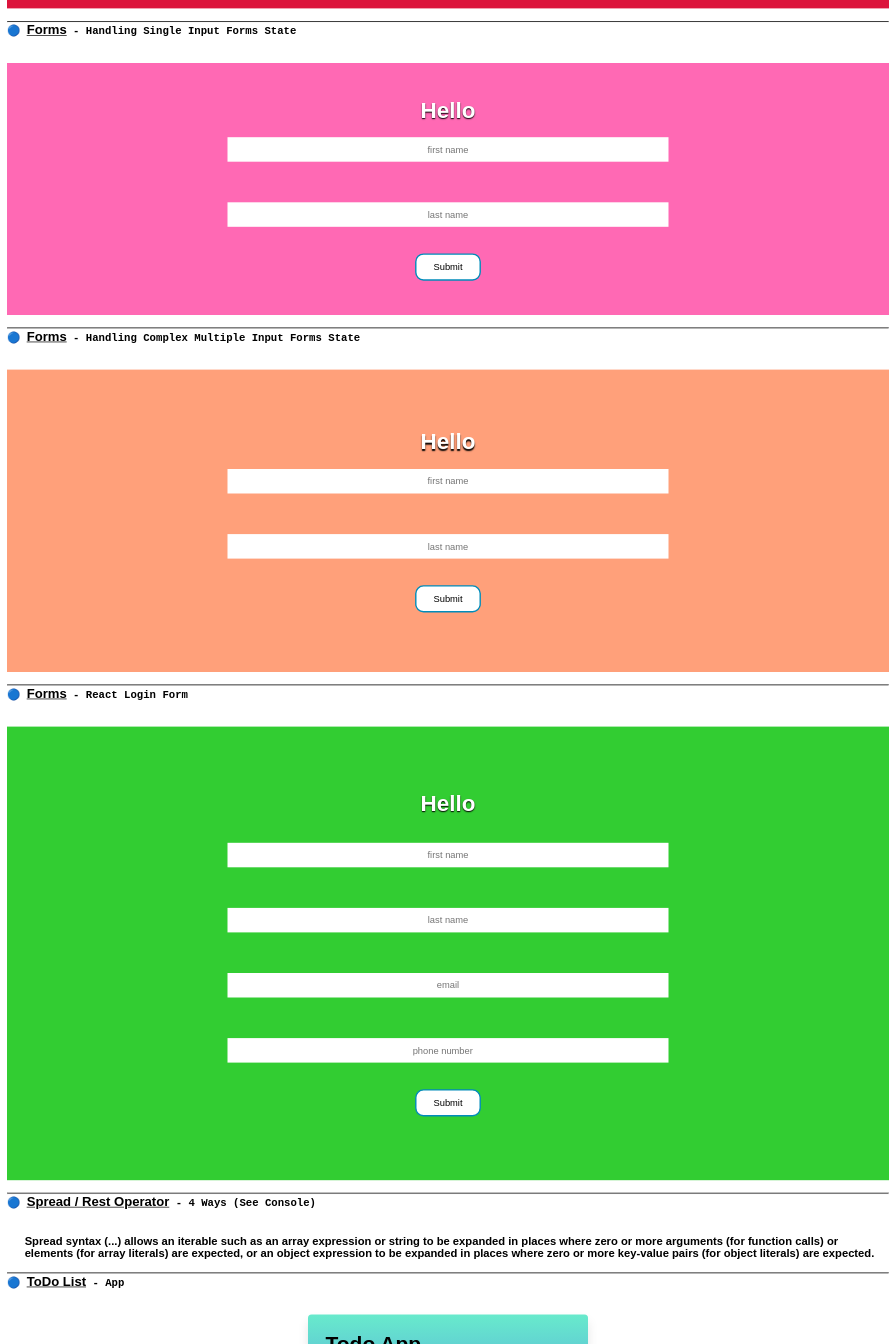
Repository: AalokJadhav/Being_ReactJS
Page: /
The author's editor kept a copy of each file at every save. The page is drawn from the files as they stood at one save, then again after the next save.
The browser window is 1280 px wide. The pictures show the part of the page from y = 4580 to 6500 px (the page is 6679 px tall before and 6635 px after), at 70% of full size.
Some web fonts or font styles are not loaded; a fallback is used. Some web libraries are served in a nearby version. The project was rebuilt for these pictures with package versions that can differ from the ones it lists, and the page was loaded fresh each time.

Above is the page before, as saved 2021-10-30 20:05:48.

### public/index.html
<!DOCTYPE html>
<html lang="en">

<head>
  <meta charset="utf-8" />
  <link rel="icon" href="%PUBLIC_URL%/favicon.ico" />
  <meta name="viewport" content="width=device-width, initial-scale=1" />
  <meta name="theme-color" content="#000000" />
  <meta name="description" content="Web site created using create-react-app" />
  <link rel="apple-touch-icon" href="%PUBLIC_URL%/logo192.png" />
  <!--
      manifest.json provides metadata used when your web app is installed on a
      user's mobile device or desktop. See https://developers.google.com/web/fundamentals/web-app-manifest/
    -->
  <link rel="manifest" href="%PUBLIC_URL%/manifest.json" />
  <link rel="preconnect" href="https://fonts.googleapis.com">
  <link rel="preconnect" href="https://fonts.gstatic.com" crossorigin>
  <link rel="preconnect" href="https://fonts.googleapis.com">
  <link rel="preconnect" href="https://fonts.gstatic.com" crossorigin>
  <link href="https://fonts.googleapis.com/css2?family=Festive&display=swap" rel="stylesheet">

  <script src="https://kit.fontawesome.com/a076d05399.js"></script>


    <!--
      Notice the use of %PUBLIC_URL% in the tags above.
      It will be replaced with the URL of the `public` folder during the build.
      Only files inside the `public` folder can be referenced from the HTML.

      Unlike "/favicon.ico" or "favicon.ico", "%PUBLIC_URL%/favicon.ico" will
      work correctly both with client-side routing and a non-root public URL.
      Learn how to configure a non-root public URL by running `npm run build`.
    -->
  <title>Being React</title>
</head>

<body>
  <noscript>You need to enable JavaScript to run this app.</noscript>
  <div id="root"></div>
  <!--
      This HTML file is a template.
      If you open it directly in the browser, you will see an empty page.

      You can add webfonts, meta tags, or analytics to this file.
      The build step will place the bundled scripts into the <body> tag.

      To begin the development, run `npm start` or `yarn start`.
      To create a production bundle, use `npm run build` or `yarn build`.
    -->
</body>

</html>

### src/Header.jsx
import React from "react";




function Navbar() {

  return (
    <>
      <div className="header">
        <a href="#default" className="logo"><span style={{ color: 'white' }}>Being</span> &nbsp;
          <img src="data:[embedded picture, 514 characters]" alt="" height="20" />
          &nbsp; React</a>
        <div className="header-right">
          <h5 className="active" style={{ color: 'white' }}>Made with <span className="heart">&#x2665;</span> by Alok Jadhav</h5>
        </div>
      </div>
    </>
  );
}
export default Navbar;

### src/List.jsx
import React from "react";
import './index.css';

function List() {
  return (
    <>
      <h3 className="title" >🔵 <u>Order List </u> -</h3><br />
      <div className="content">
        <h3>Netflix Top Series</h3>
        <ol>
          <li>Stranger Things</li>
          <li>Dark</li>
          <li>Money Heiest</li>
          <li>Elite</li>
          <li>Ozark</li>
        </ol>
      </div>
      <br/>
      <hr className="line"></hr>
    </>
  );
}

export default List;

### src/CurrentDate.jsx
import React from "react";


const fullDate = new Date();
const date = fullDate.toLocaleDateString();
const time = fullDate.toLocaleTimeString();


function CurrentDate() {
  return (
    <>
      <h3 className="title">🔵 <u>Display Current date and time in JSX</u> -</h3><br />
      <div className="content">
        <p>Current Date is {`${date}`} </p>
        <p>Current Time is {`${time} `} </p>
      </div>
      <br/>
      <hr className="line"></hr>
    </>
  );
}

export default CurrentDate;

### src/RandomImages.jsx
import React from "react";
import './index.css';

const RandomImgUrl = 'https://picsum.photos/2000';
const RandomImgUrl1 = 'https://picsum.photos/900';
const RandomImgUrl2 = 'https://picsum.photos/800';

function RandomImages() {
  return (
    <>
      <h3 className="title">🔵 <u>JSX Attributes for random image</u> -</h3><br />
      <div className="img_div">
        <img src={RandomImgUrl} alt='random image1' />
        <img src={RandomImgUrl1} alt='random image2' />
        <img src={RandomImgUrl2} alt='random image3' />
      </div>
      <br/>
      <hr className="line"></hr>
    </>
  );
}

export default RandomImages;

### src/InlineCss.jsx
function InlineCss() {
    return (
        <>
            <h3 className="title">🔵 <u>Inline or Internal CSS Styling</u> -</h3><br/>
            <div className="content">
            <h3>Being <span style={{ color: '#61dafb', fontFamily: 'serif' }}>ReactJs</span> </h3>
            </div>
            <br/>
      <hr className="line"></hr>
        </>
    )
}

export default InlineCss;

### src/SimpleGreeting.jsx
const CurrDate = new Date(2021, 14, 10, 9);
const hour = CurrDate.getHours();
let greeting = '';

const cssStyle = {}

if (hour >= 1 && hour < 12) {
    greeting = 'Good Morning..🙂';
    cssStyle.color = 'green';
} else if (hour >= 12 && hour < 19) {
    greeting = 'Good Afternoon..🙄';
    cssStyle.color = 'orange';
} else {
    greeting = 'Good Night..😴';
}

function SimpleGreeting() {
    return (
        <>
            <h3 className="title">🔵 <u>Challenge</u> - Simple Greeting As Timeline change the expression of farewell (ie.Good Morning/Afternoon/Night)</h3><br />
            <div className="challenge1">
                <h1>Hello World...<span style={cssStyle}> {greeting}</span></h1>
            </div>
            <br/>
      <hr className="line"></hr>
        </>
    )
}

export default SimpleGreeting;

### src/GoogleFont.jsx
import React from "react";
import './index.css';


function GoogleFont() {
  return (
    <>
      <h3 className="title">🔵 <u>How to use Google Font</u> -  see font link in index.html </h3><br />
      <div className="content">
        <h4 className="googlefont">Use Google font in React </h4>
      </div>
    </>
  );
}

export default GoogleFont;

### src/RComponents.jsx
import React from 'react';
import GoogleFont from './GoogleFont';
import Title from './Title';

function RComponents() {
    return (
        <>
            <h3 className="title">🔵 <u>React Components</u> - Seprate Piece of code into Components (use Title & GoolgleFont Components) </h3><br />
            <Title />
            <br/>
      <hr className="line"></hr>
            <GoogleFont />
            <br/>
            </>
    )
}

export default RComponents;

### src/NetflixCard.jsx
import React from "react";
import Card from "./Card";
import Sdata from "./Sdata";
import Title from "./Title";

function NetflixCard() {

    return (
        <>
                    <br/>
      <hr className="line"></hr>
            <h3 className="title">🔵 <u>Props & Array with Map Arrow Function</u> - Netflix Card</h3><br />
            <Title /><br />
            {/* <h1 className="heading_styleN" >Netflix Favorite  Series</h1> */}
            {Sdata.map((val, index) => {
                console.log(index);
                return (
                    <Card
                        key={val.id}
                        imgsrc={val.imgsrc}
                        title={val.title}
                        sname={val.sname}
                        link={val.link} />
                )
            })
            }



        </>
    )
}

export default NetflixCard;

### src/IfElse.jsx
import React from "react";
import Card from "./Card";
import Sdata from "./Sdata";

const FavSeries = 'netflix';

function IfElse() {
    if (FavSeries === 'netflix') {
        return (
            <>
                    <br/>
      <hr className="line"></hr>
                <h3 className="title">🔵 <u>If Else Statement</u> - Cards Show ON Condition</h3><br />
                <h1 className="heading_styleA" >Amazon Originals <img className="primelogo" src='https://upload.wikimedia.org/wikipedia/commons/thumb/1/11/Amazon_Prime_Video_logo.svg/800px-Amazon_Prime_Video_logo.svg.png'  alt="random"></img> </h1>
                <Card
                    key={Sdata[1].id}
                    imgsrc={Sdata[1].imgsrc}
                    title={Sdata[1].title}
                    sname={Sdata[1].sname}
                    link={Sdata[1].link} />
            </>
        )
    } else {
        return (
            <>
                <br />
                <hr className="line"></hr>
                <h3 className="title">🔵 <u>If Else Statement</u> - Cards Show with Condition</h3><br />
                <h1 className="heading_styleN" >A Netflix Originals <img className="netflixlogo" src='https://upload.wikimedia.org/wikipedia/commons/thumb/0/08/Netflix_2015_logo.svg/799px-Netflix_2015_logo.svg.png'  alt="random"></img> </h1>
                <Card
                    key={Sdata[2].id}
                    imgsrc={Sdata[2].imgsrc}
                    title={Sdata[2].title}
                    sname={Sdata[2].sname}
                    link={Sdata[2].link} />

            </>
        )



    }

}

export default IfElse;

### src/SlotMachine.jsx
import React from "react";
import './App.css';

const SlotM = (props) => {

    let x = props.x;
    let y = props.y;
    let z = props.z;

    if ((x === y) && (y === z)) {
        return (
            <>
                <div className="slot_inner">
                    <h3>
                        {x} {y} {z}
                    </h3>
                    <h3> This is matching...😀</h3>
                </div>
            </>
        )
    } else {
        return (
            <>
                <div className="slot_inner">
                    <h3>
                        {x} {y} {z}
                    </h3>
                    <h3> This is not matching...😓</h3>
                </div>
            </>
        )
    }
}

const SlotMachine = () => {
    return (
        <>
        <br/>
            <div className="slot_main">
            <hr className="line"></hr>
            <h3 className="title">🔵 <u>Slot Machine Game</u> - </h3><br />
            <h1 className="heading_style" style={{textAlign: 'center'}}> 🎰<span className="flash">Slot Machine Game</span>🎰</h1>
            <br/><br/><br/><br/>
            <div className="slotmachine" style={{textAlign: 'center'}}>
                <SlotM x="😀" y="😀" z="😀" />
                <hr />
                <SlotM x="😀" y="🍌" z="🎈" />
                <hr />
                <SlotM x="🎪" y="🚗" z="❤" />
                <hr />
                <SlotM x="🩸" y="🩸" z="🩸" />
                <hr />
            </div>
            </div>
        </>
    )
}

export default SlotMachine;

### src/HelloWorld.jsx
import React from "react";


const Hello = () => {
    return (
        <>
            <h3 className="title">🔵 <u>Hello World</u> - </h3><br />

            <h4 className="content">Hello  World From ReactJS...✋</h4><br />
            <br/>
      <hr className="line"></hr>
        </>
    )
}

export default Hello;

### src/UseState.jsx
import React, { useState } from "react";


const UseState = () => {
    const state = useState;
    // console.log(state);

    const [count, setCount] = useState(0);

    const IncNo = () => {
        setCount(count + 1);
        if(count === 10) {
            setCount(count - 1);
        }
    }

    return (

        <>
              <hr className="line"></hr>
            <h3 className="title">🔵 <u>React Hooks</u> -  useState </h3><br /><br/>
            <p>const [ current value,(function = updated value)] = useSate(initial value)</p>
            <div className="usestate">
                <h1>{count}</h1><br/>
                <button className="btn" onClick={IncNo}>Click Me 👆</button>
            </div>
        </>
    )
}

export default UseState;

### src/GetTime.jsx
import React, { useState } from 'react';

const GetTime = () => {
    let NewTime = new Date().toLocaleTimeString();
    // console.log(NewTime);

    const [currTime, setTime] = useState(NewTime);

    const getCurrTime = () => {
        NewTime = new Date().toLocaleTimeString();
        setTime(NewTime);
    }
    return (
        <>
              <hr className="line"></hr>
            <h3 className="title">🔵 <u>React Hooks</u> -  Get Time on Refreshing and Clicking Button using usestate Hooks </h3><br /><br />
            <div className="usestate">
                <h1>{currTime}</h1><br />
                <button className="btn" onClick={getCurrTime}>Get Time ⏲</button>
            </div>
        </>
    )
}

export default GetTime;

### src/DigitalClock.jsx
import React, { useState } from "react";

const DigiClock =  () => {
    let NewTime = new Date().toLocaleTimeString();
    // console.log(NewTime);

    const [currTime, setTime] = useState(NewTime);

    const UpdateTime = () => {

        NewTime = new Date().toLocaleTimeString();
        setTime(NewTime);
    }

    setInterval(UpdateTime, 1000);
    return (
        <>
              <hr className="line"></hr>
             <h3 className="title">🔵 <u>React Hooks</u> -  Digital Clock</h3><br /><br />
            <div className="usestate">
                <h1>{currTime}</h1><br />
            </div>
        </>
    )
}

export default DigiClock;

### src/Events.jsx
import React, { useState } from 'react';

const Event = () => {

    const purple = '#8e44ad';
    const [bg, setbg] = useState(purple);
    const [name, setName] = useState('Click Me 👆');

    const bgChange = () => {
        // console.log('clicked');
        let newbg = '#34495e';
        setbg(newbg);
        setName('Double Click');
    }

    const bgBack = () => {
        setbg(purple);
        setName('Thank You 🙂');
    }
    return (
        <>
              <hr className="line"></hr>
            <h3 className="title">🔵 <u>Events</u> -  Handling Events </h3><br /><br />
            <div className="event" style={{ backgroundColor: bg }}>
                <button className="btn" onClick={bgChange} onDoubleClick={bgBack}>{name}</button>
            </div>
            <br/>
        </>
    )
}

export default Event;

### src/Forms.jsx
import React, { useState } from 'react';


const Forms = () => {
    const [name, setName] = useState();
    const [fullname, setFullName] = useState();

    const InputChange = (event) => {
        console.log(event.target.value);
        setName(event.target.value)
    }

    const onsubmits = (event) => {
        event.preventDefault();
        setFullName(name);
    }
    return (
        <>
              <hr className="line"></hr>
              <h3 className="title">🔵 <u>Forms</u> -  Controlled Vs UnControlled Components </h3><br /><br />
              <form onSubmit={onsubmits}>
            <div className="form">
                <h1 className="hello"> Hello {fullname} </h1>
                <input type="text" placeholder="Enter Your Name" onChange={InputChange} value={name}></input>
                <button className="btn" type="submit">Submit</button>
            </div>
            </form>
        </>
    )
}

export default Forms;

### src/SingleInput.jsx
import React, { useState } from "react";


const SingleInput = () => {
    const [firstname, setfirstname] = useState('');
    const [lastname, setlastname] = useState('');
    const [fullName, setFullName] = useState();

    const submit = (event) => {
        event.preventDefault();
        setFullName(firstname);
    }

    const InputEvent = (event) => {
        console.log(event.target.value);
        setfirstname(event.target.value)
    }

    const InputEvent1 = (event) => {
        console.log(event.target.value);
        setlastname(event.target.value)
    }
    return (
        <>
            <br />
            <hr className="line"></hr>
            <h3 className="title">🔵 <u>Forms</u> -  Handling Single Input Forms State
            </h3><br /><br />
            <form onSubmit={submit}>
                <div className="loginform">
                    <h1 className="hello"> Hello {fullName}</h1>
                    <input type="text" placeholder="first name" onChange={InputEvent} value={firstname}></input>
                    <br />
                    <input type="text" placeholder="last name" onChange={InputEvent1} value={lastname}></input>
                    <br />
                    <button className="btn" type="submit">Submit</button>
                </div>
            </form>
        </>
    )
}

export default SingleInput;

### src/SpreadOperator.jsx
import React from 'react';

// Method 1
const FullName = ['Alok' , 'Jadhav'];
const BioData = [1., ...FullName, 'Male', 9876543210];

console.log('FullName', FullName);
console.log('BioData',BioData);

// Method 2
const Netflix = ['FRIENDS' , 'Dark', 'Stranger Things'];
const Amazon = ['Mirzapur' , 'The Family Man', 'Paatal Lok'];

var Series = [...Netflix, ...Amazon];
console.log('All Series', Series);

// Method 3
const AllSeries = ['FRIENDS' , 'Dark', 'Stranger Things', 'Mirzapur' , 'The Family Man', 'Paatal Lok'];
const [first, ...remaining] = AllSeries;
console.log('First Series : ', first);
console.log('Remaining Series : ', remaining);

// Method 4
const fullName = {
    fname: 'Alok',
    lname: 'Jadhav'
}
const data = {
    id: 1,
    ...fullName,
    gender: 'male',
    phone: 9876543210
}

console.log('FullData', data);

const SpreadOpertor = () => {
    return (
        <>
             <br />
            <hr className="line"></hr>
            <h3 className="title">🔵 <u>Spread / Rest Operator</u> -  4 Ways (See Console)</h3><br /><br />
            <div className="content">
            <h4>
            Spread syntax (...) allows an iterable such as an array expression or string to be expanded in places
            where zero or more arguments (for function calls) or elements (for array literals) are expected, or an object
            expression to be expanded in places where zero or more key-value pairs (for object literals) are expected.
            </h4>
            </div>
        </>
    )
}

export default SpreadOpertor;

### src/ToDoList.jsx
import React from 'react';

const ToDoList = () => {
    return (
        <>
            <br />
            <hr className="line"></hr>
            <h3 className="title">🔵 <u>ToDo List</u> -  App </h3><br /><br />

            <div class="wrapper">
                <header>Todo App</header>
                <div class="inputField">
                    <input type="text" placeholder="Add your new todo"></input>
                    <button><i class="fas fa-plus"></i></button>
                </div>
                <ul class="todoList">
                </ul>
                <div class="footer">
                    <span>You have <span class="pendingTasks"></span> pending tasks</span>
                    <button>Clear All</button>
                </div>
            </div>
        </>
    )
}

export default ToDoList;

### src/Title.jsx
import React from "react";


function Title() {
    return (
        <div className="content">
            <h2><span style={{color: 'red'}}>Netflix</span> & <span style={{color: '#0f79af'}}>Amazon</span> Top Series</h2>
        </div>

    )
}



export default Title;

### src/Card.jsx
import React from "react";
import Images from "./CardImages";
import NcardHeading from "./NcardHeading";

function Card(props) {
  return (
    <>
      <div className="cards">
        <div className="card">
          <Images imgsrc={props.imgsrc} />
          <div className="card__info">
            <span className="card__category">{props.title}</span>
            <NcardHeading sname={props.Sname} />
            <a href={props.link} target="_blank" rel="noreferrer">
              <button className="btn">Watch Now</button>
            </a>
          </div>
        </div>
      </div>
    </>
  )
}

export default Card;

### src/Sdata.jsx
const Sdata = [
  {
    id: 1,
    imgsrc:
      "http://cdn.shopify.com/s/files/1/0151/0741/products/pg1004_1024x1024.jpg?v :1578633269",
    title: "A Netflix Series",
    sname: "F.R.I.E.N.D.S",
    link: "https://www.netflix.com/in/title/70153404",
  },
  {
    id: 2,
    imgsrc: "https://talenthouse-res.cloudinary.com/image/upload/c_limit,fl_progressive,h_1280,w_1280/v1542188034/user-849291/submissions/mfa0no5fxv0d2t40jgpt.jpg",
    title: "The Amazon Original",
    sname: "Mirzapur",
    link: "https://www.primevideo.com/detail/Mirzapur/0PDOKMV9CRLOMO5EUKNCUJLG4Q",
  },
  {
    id: 3,
    imgsrc: "https://wallpapercave.com/wp/wp4056407.jpg",
    title: "A Netflix Series",
    sname: "Dark",
    link: "https://www.netflix.com/in/title/80100172",
  },
  {
    id: 4,
    imgsrc: "https://i1.wp.com/urbanasian.com/wp-content/uploads/2021/01/C5171E29-D5A4-4E14-99B2-CA462FC48FA2.png?fit=525%2C453&ssl=1",
    title: "The Amazon Original",
    sname: "The Family Man",
    link: "https://www.primevideo.com/detail/The-Family-Man/0H3DDB4KBJFNDCKKLHNRLRLVKQ",
  },
  {
    id: 5,
    imgsrc: "https://wallpapercave.com/wp/wp1839578.jpg",
    title: "A Netflix Series",
    sname: "Stranger Things",
    link: "https://www.netflix.com/in/title/80057281",
  },
  {
    id: 6,
    imgsrc: "https://www.91-cdn.com/hub/wp-content/uploads/2021/07/Paatal-Lok-highest-rated-Hindi-web-series-to-watch-on-Amazon-Prime-Video.jpg?tr=q-100",
    title: "The Amazon Original",
    sname: "Paatal Lok",
    link: "https://www.primevideo.com/detail/Paatal-Lok/0G9IEOHCN8KMY6COD9ILGH7IY5",
  },
];

export default Sdata;

### src/CardImages.jsx
import React from "react";

const Images = (props) => {
    return <img src={props.imgsrc} alt="friends" className="card__img" />

};

export default Images;

### src/NcardHeading.jsx
import React from "react";

const NcardHeading = (props) => {
  return <h3 className="card__title">{props.Sname}</h3>
}

export default NcardHeading;

Loaded but not shown: src/index.css (common file); src/App.js (66 lines, source omitted); src/index.js (10 lines, source omitted); src/App.css (491 lines, source omitted); src/LoginForm.jsx (96 lines, source omitted); src/MultipleInput.jsx (62 lines, source omitted)

After the next save:
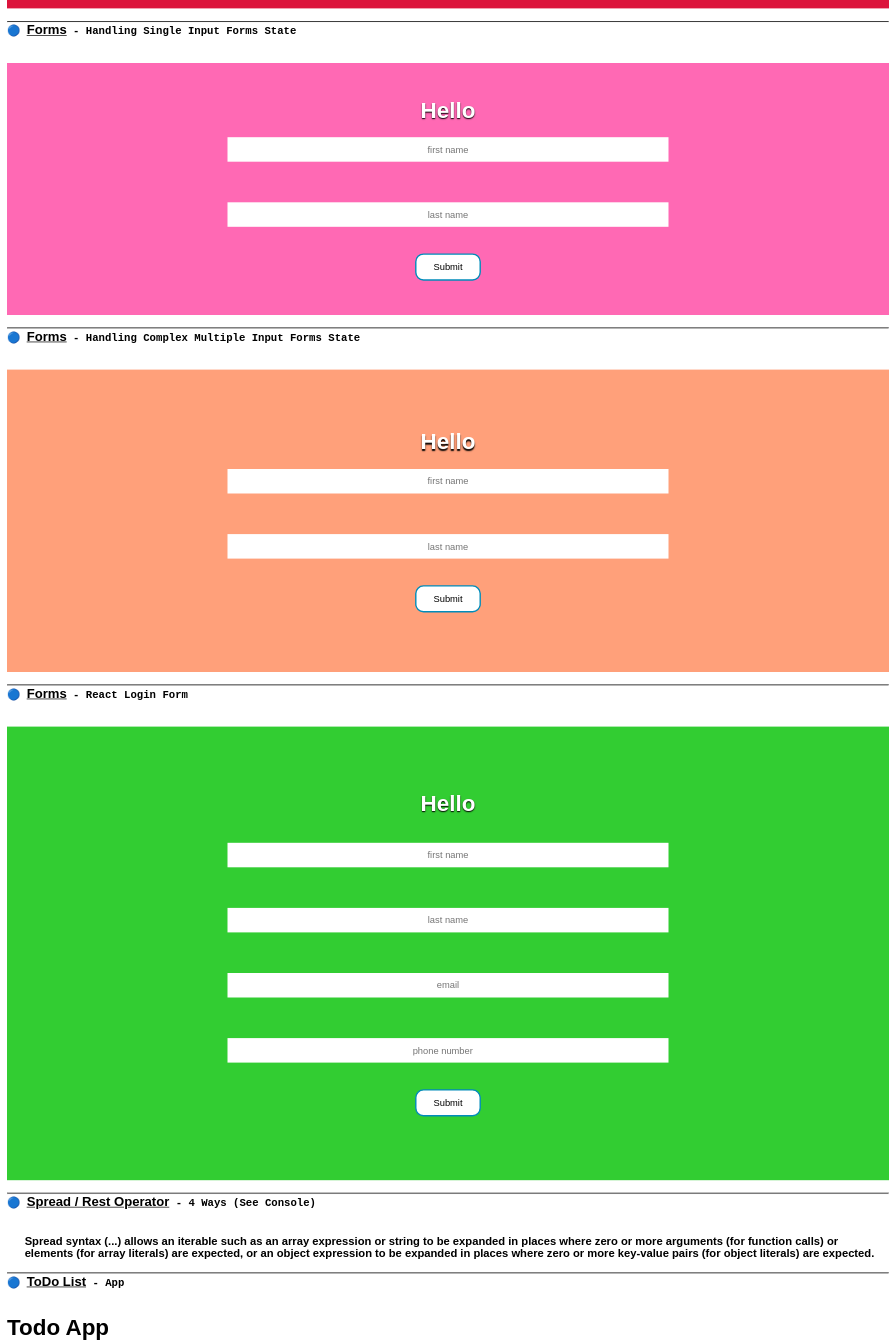
Saved 42 min 11 s later.
--- a/src/ToDoList.jsx
+++ b/src/ToDoList.jsx
@@ -7,19 +7,17 @@ const ToDoList = () => {
             <hr className="line"></hr>
             <h3 className="title">🔵 <u>ToDo List</u> -  App </h3><br /><br />
 
-            <div class="wrapper">
-                <header>Todo App</header>
-                <div class="inputField">
+            <div className="main_div">
+            <div className="center_div">
+                <h1>Todo App</h1>
+                <br/>
                     <input type="text" placeholder="Add your new todo"></input>
                     <button><i class="fas fa-plus"></i></button>
                 </div>
+                </div>
                 <ul class="todoList">
+                    <li>apple</li>
                 </ul>
-                <div class="footer">
-                    <span>You have <span class="pendingTasks"></span> pending tasks</span>
-                    <button>Clear All</button>
-                </div>
-            </div>
         </>
     )
 }
